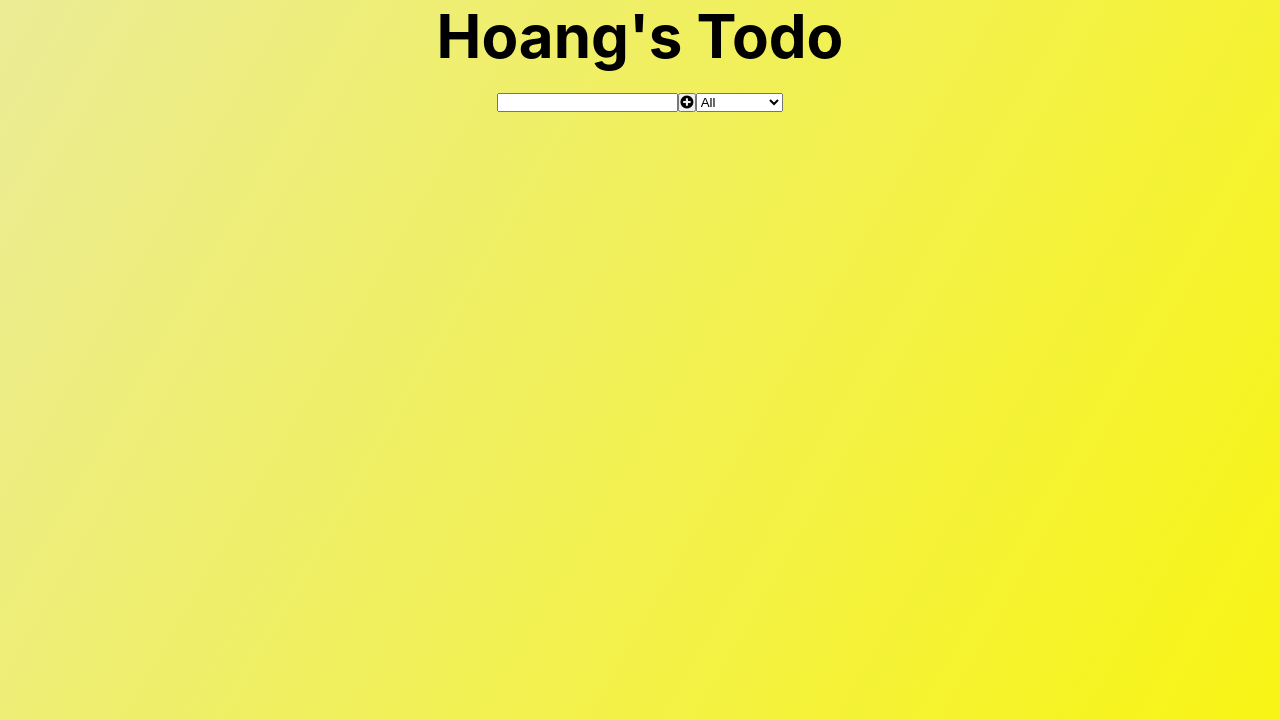
Repository: DinhHoang0607/TodoReact
Page: /
An editor plug-in stored every save of this project. The page is shown before and after a run of saves, followed by the edit.
The browser window is 1280 px wide. The pictures show the whole page.
Some web libraries are served in a nearby version. The project was rebuilt for these pictures with package versions that can differ from the ones it lists, and the page was loaded fresh each time.

Above is the page before, as saved 2021-09-09 18:12:15.

After the next 3 saves:
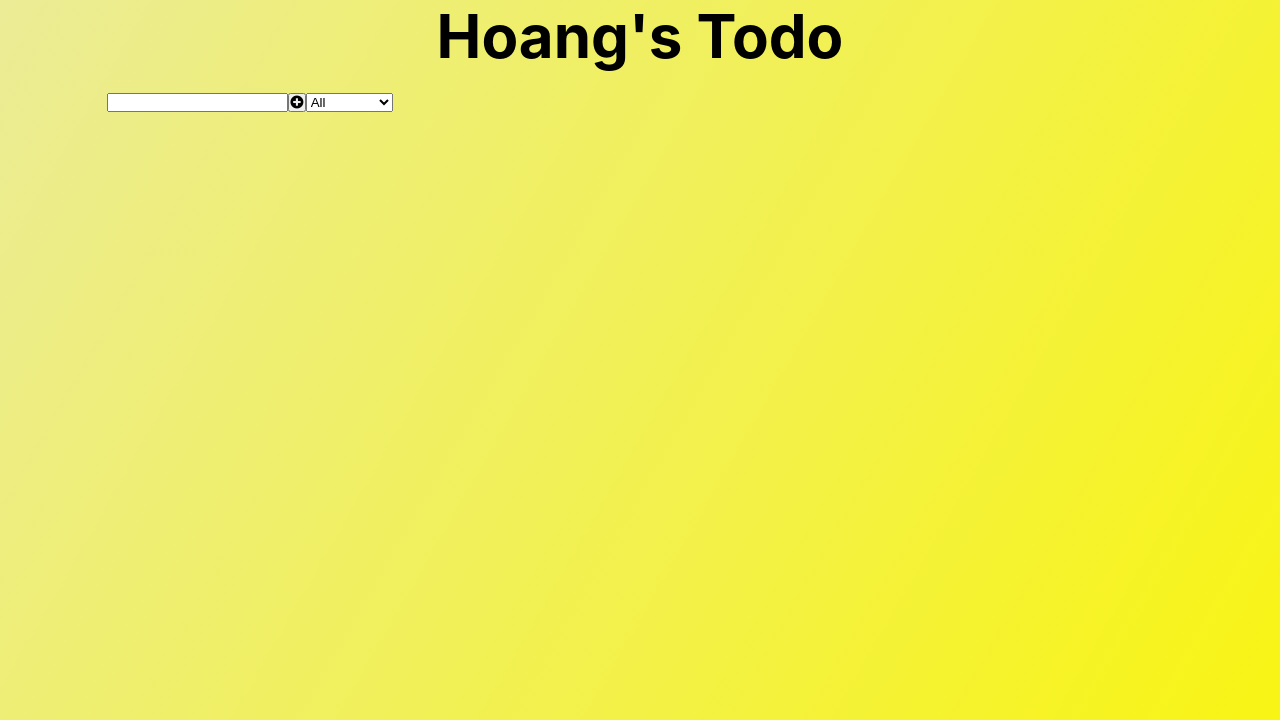
The 3 saves are shown as one change because they came seconds apart.
The last was saved 103 min 53 s later.
--- a/src/App.css
+++ b/src/App.css
@@ -24,7 +24,7 @@
   align-items: center;
 }
 form{
-  margin: 0 auto;
+  /* margin: 0 auto; */
   width: 50rem;
   height: 6rem;
 

After the save that followed:
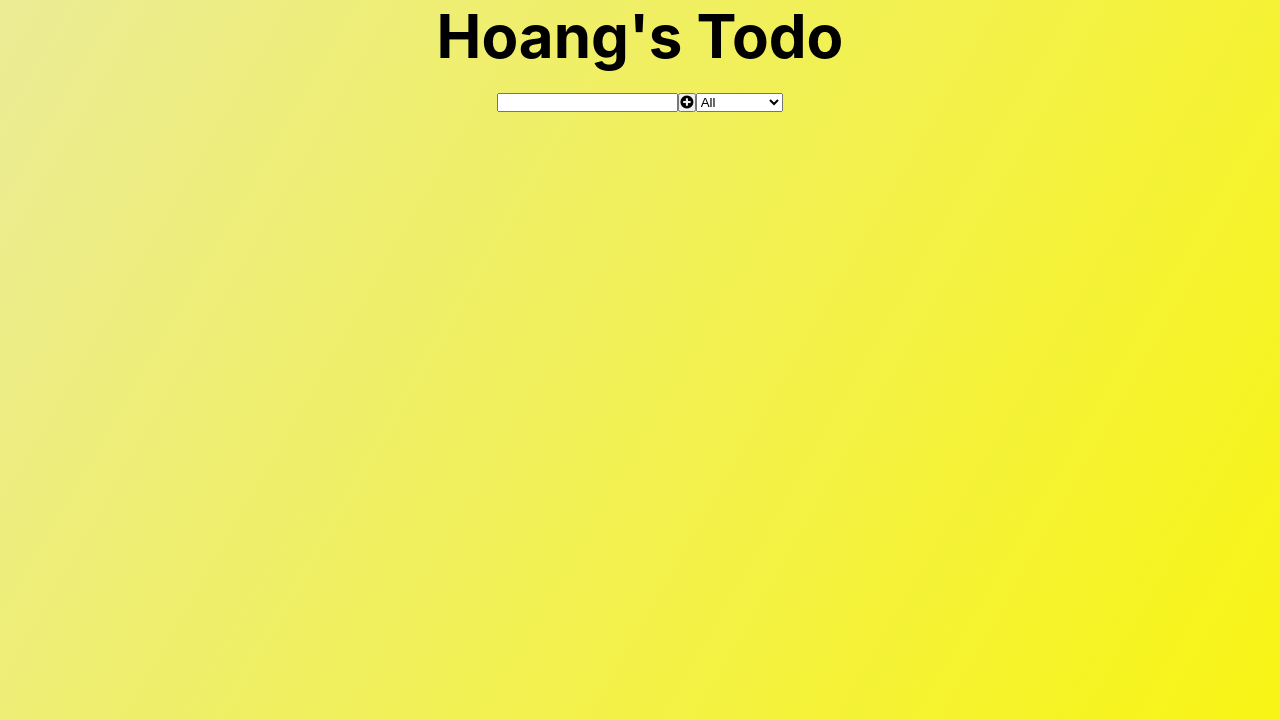
Saved 4 s later.
--- a/src/App.css
+++ b/src/App.css
@@ -24,7 +24,7 @@
   align-items: center;
 }
 form{
-  /* margin: 0 auto; */
+  margin: 0 auto;
   width: 50rem;
   height: 6rem;
 
